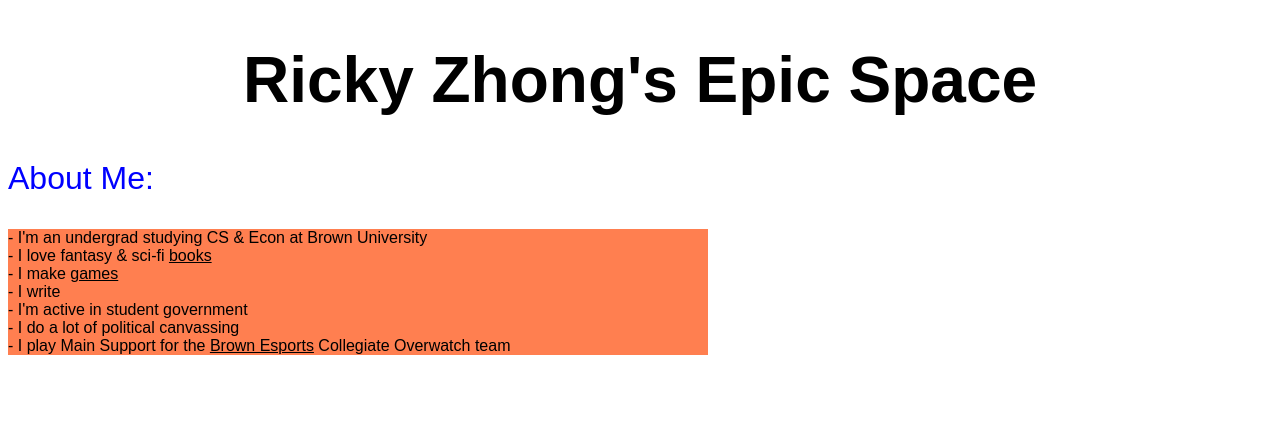
Repository: rickydaricky/rickydaricky.github.io
Page: index.html
An editor plug-in stored every save of this project. The page is shown before and after the next save, followed by the edit.
The browser window is 1280 px wide. The pictures show the whole page.

Above is the page before, as saved 2021-11-26 02:49:37.

### index.html
<!DOCTYPE html>

<head>
  <meta charset="UTF-8" />
  <meta name="viewport" content="width=device-width, initial-scale=1.0" />
  <link rel="stylesheet" href="main.css" type="text/css" />
  <title>Homepage</title>
</head>

<html>
  <body>
    <h1 class="title">Ricky Zhong's Epic Space</h1>
    <p class="about">About Me:</p>
    <div class="square">
      <p>
        - I'm an undergrad studying CS & Econ at Brown University
        <br />
        - I love fantasy & sci-fi
        <a href="https://goodreads.com/rickydaricky">books</a>
        <br />
        - I make
        <a href="https://rickydaricky.itch.io/">games</a>
        <br />
        - I write
        <br />
        - I'm active in student government
        <br />
        - I do a lot of political canvassing
        <br />
        - I play Main Support for the
        <a href="https://brownesports.org/">Brown Esports</a>
        Collegiate Overwatch team
      </p>
    </div>
  </body>
</html>

### main.css
p {
  text-align: justify;
  font-size: 200%;
}

html * {
  font-size: 16px;
  color: black;
  font-family: Nunito, sans-serif;
}

.about {
  font-size: 200%;
  color: blue;
}

.title {
  text-align: center;
  font-size: 400%;
}

.square {
  width: 700px;
  background-color: coral;
}

After the next save:
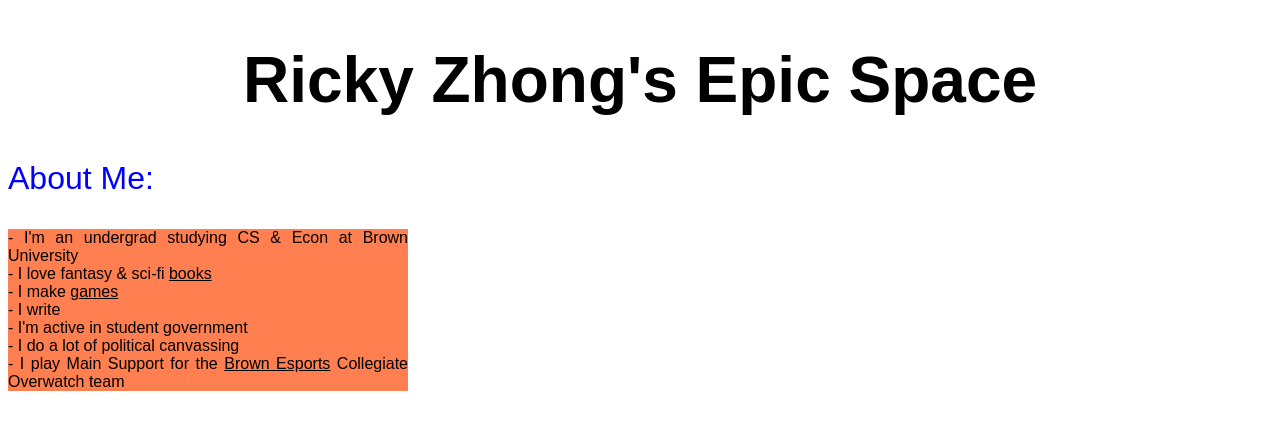
Saved 4 s later.
--- a/main.css
+++ b/main.css
@@ -20,6 +20,6 @@ html * {
 }
 
 .square {
-  width: 700px;
+  width: 400px;
   background-color: coral;
 }
